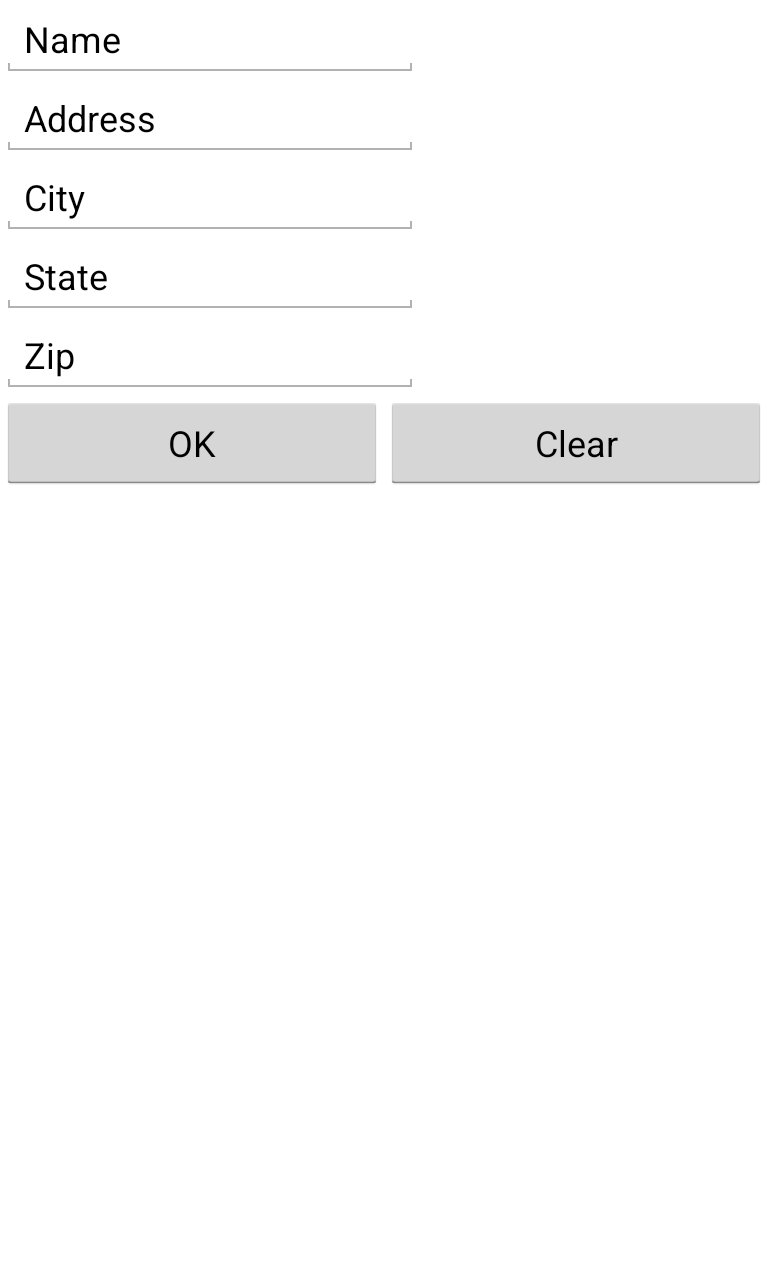
Repository: tavedroid/CIS240
Layout: AddressBook/res/layout/activity_main.xml
The author's editor kept a copy of each file at every save. The layout is drawn from the files as they stood at one save, then again after the next save.
It is drawn on a 768 x 1280 px phone screen (xhdpi) without system bars, with theme AppTheme; the app's code is not run.

Above is the layout before, as saved 2012-09-14 00:11:14.

After the next save:
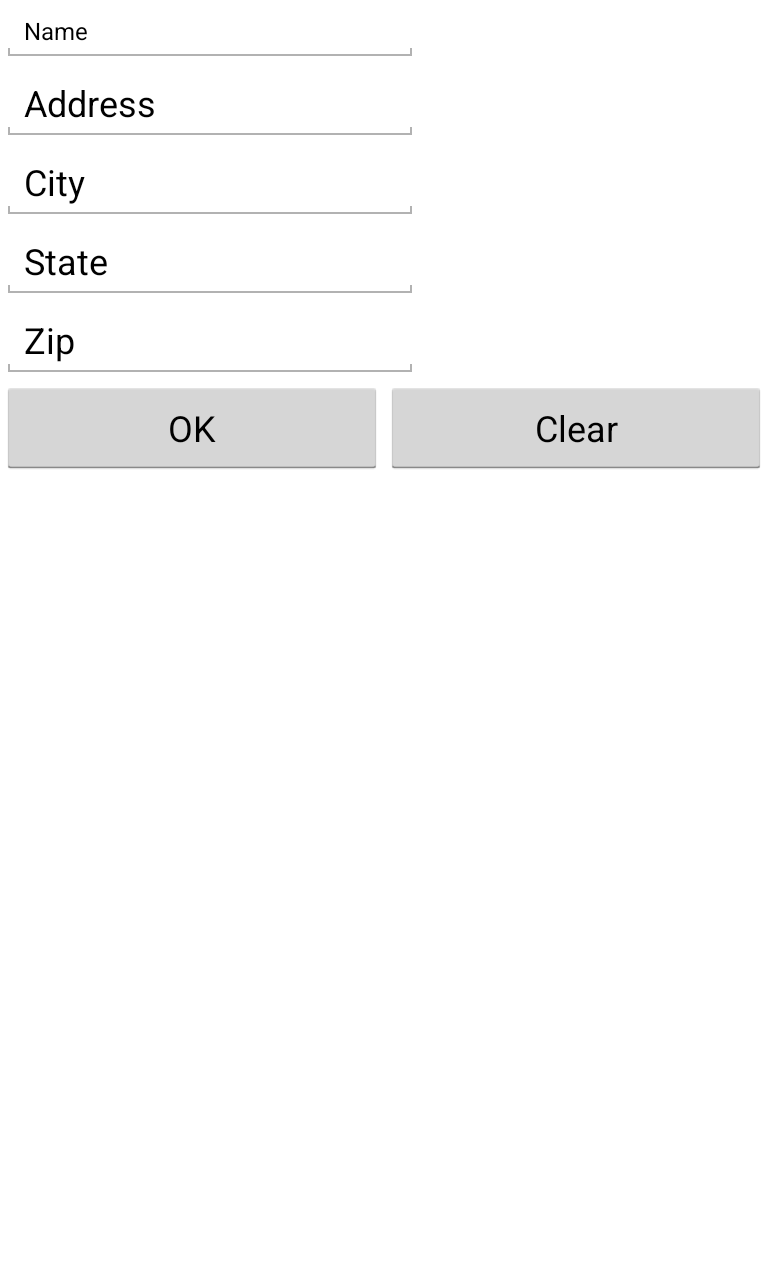
Saved 2 min 8 s later.
--- a/AddressBook/res/layout/activity_main.xml
+++ b/AddressBook/res/layout/activity_main.xml
@@ -16,6 +16,7 @@
             android:ems="10"
             android:inputType="textPersonName"
             android:selectAllOnFocus="true"
+             android:textSize="12sp"
             android:text="Name" />
 
    </TableRow>
